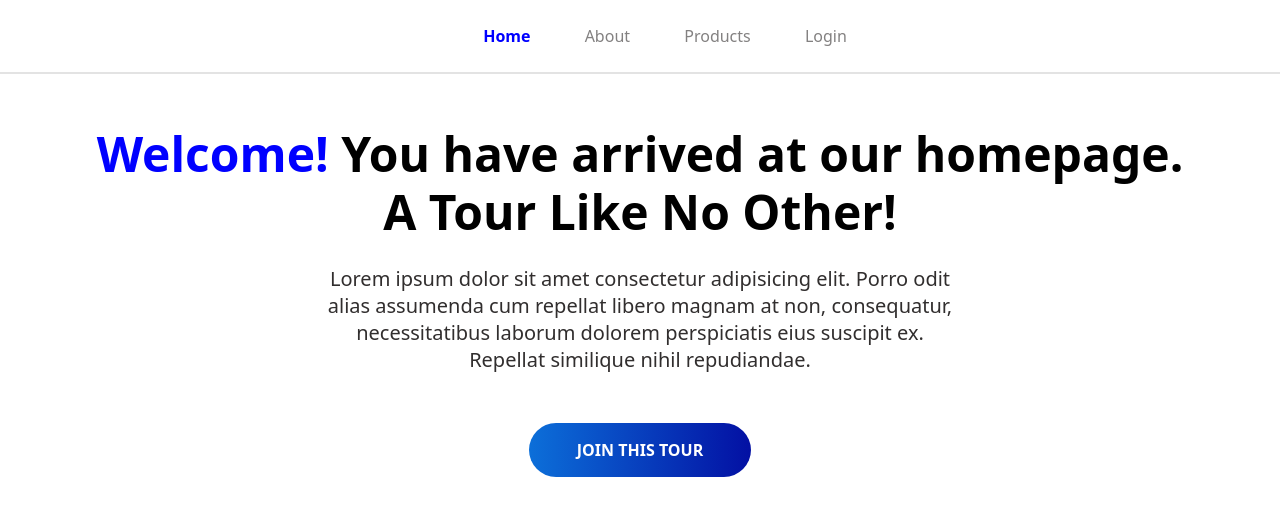
Repository: Yeyolive/WebDev_Collab_2025
Page: Basic_Projects/Basic-Website/index.html
The author's editor kept a copy of each file at every save. The page is drawn from the files as they stood at one save, then again after the next save.
The browser window is 1280 px wide. The pictures show the whole page.
The pointer rests on the first visible `#cta-button`.

Above is the page before, as saved 2025-11-02 20:20:02.

After the next save:
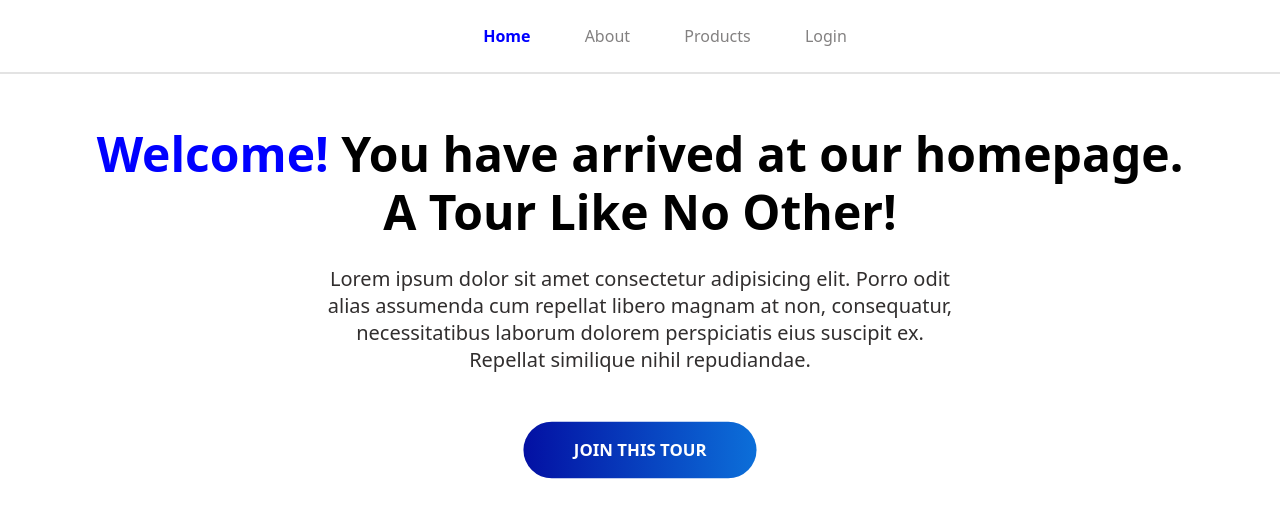
Saved 53 s later.
--- a/Basic_Projects/Basic-Website/styles.css
+++ b/Basic_Projects/Basic-Website/styles.css
@@ -66,3 +66,9 @@ span {
   margin-top: 25px;
   font-weight: bold;
 }
+
+#cta-button:hover {
+  background: linear-gradient(to right, #0310a3, #0c6fd9);
+  cursor: pointer;
+  scale: 1.05;
+}
